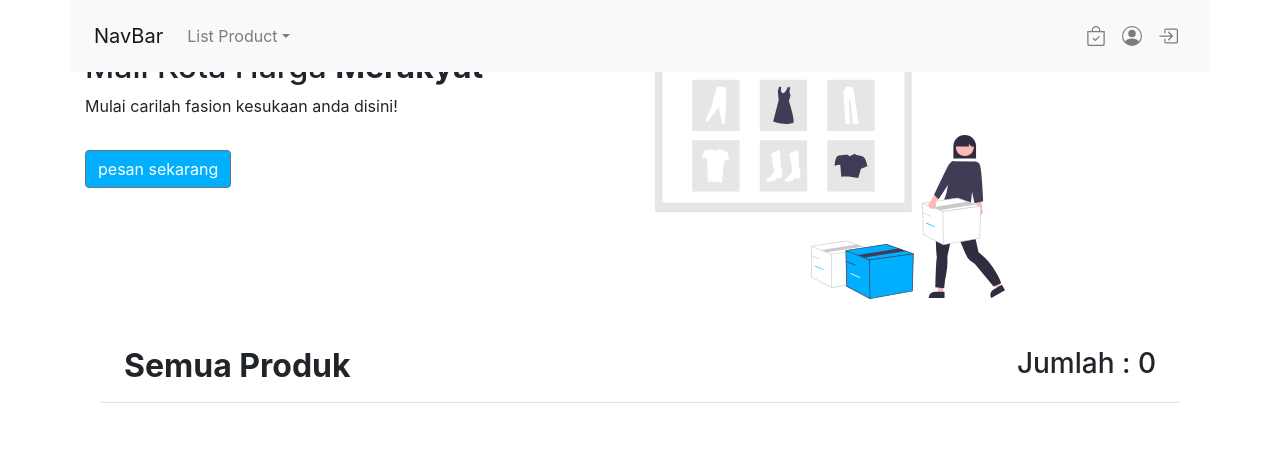
Repository: AHSANS354/ecommerce-catalog
Page: /
The author's editor kept a copy of each file at every save. The page is drawn from the files as they stood at one save, then again after the next save.
The browser window is 1280 px wide. The pictures show the whole page.
The page's requests for data from a server got no answer. The project was rebuilt for these pictures with package versions that can differ from the ones it lists, and the page was loaded fresh each time. No one was signed in, and anything a server would have sent is missing. Also part of the build but not shown: vue.config.js, src/components/CardProduct.vue.

Above is the page before, as saved 2023-03-01 22:47:34.

After the next save:
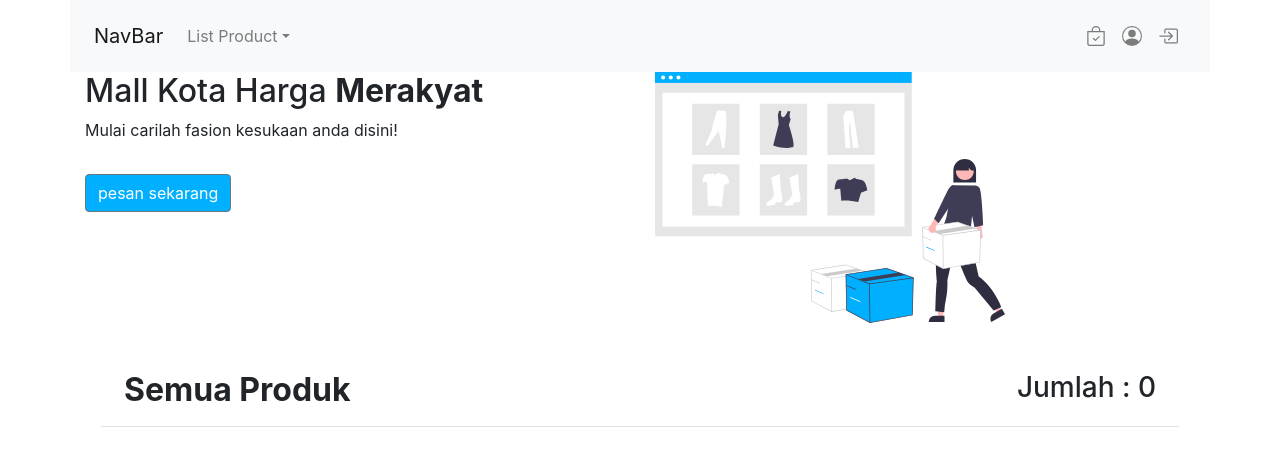
Saved 22 s later.
--- a/src/views/HomeView.vue
+++ b/src/views/HomeView.vue
@@ -1,7 +1,7 @@
 <template>
   <div class="home">
     <navbar-view />
-    <div class="container mt-5">
+    <div class="container mt-5 pt-4">
       <div class="row">
         <div class="col-md-6">
           <h2>Mall Kota Harga <strong>Merakyat</strong></h2>
